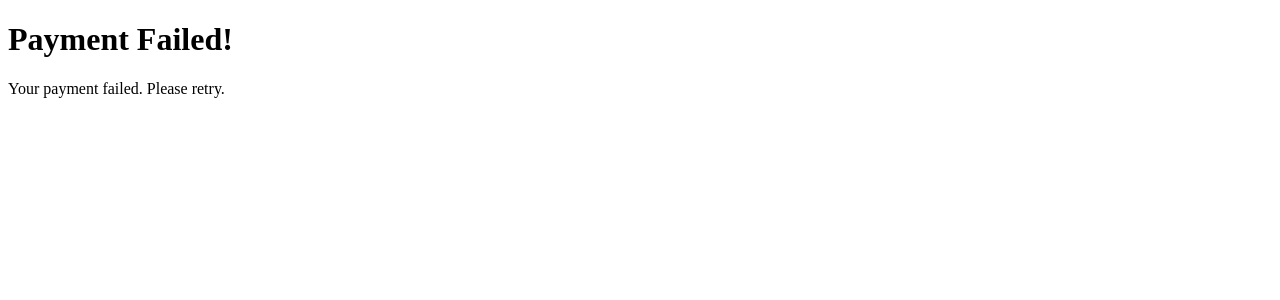
Repository: dinesh2004-dev/Projects
Page: farm-rental-equipment-system/Farm-Rental-System/src/main/resources/static/AlreadyPaid.html
These files come from the project's save history. The page is drawn as it stood at one moment and after the next save; the edit follows.
The browser window is 1280 px wide. The pictures show the whole page.

Above is the page before, as saved 2025-05-15 06:32:52.

After the next save:
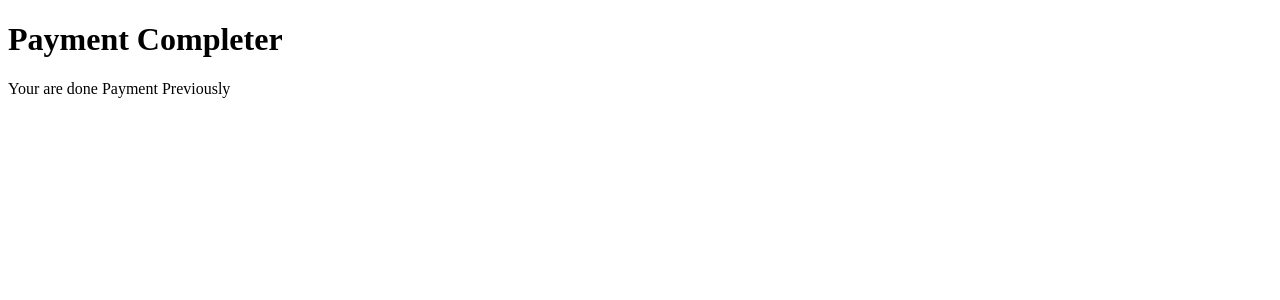
Saved 70 s later.
--- a/farm-rental-equipment-system/Farm-Rental-System/src/main/resources/static/AlreadyPaid.html
+++ b/farm-rental-equipment-system/Farm-Rental-System/src/main/resources/static/AlreadyPaid.html
@@ -2,12 +2,12 @@
 <html>
 
 <head>
-    <title>Payment Failed!</title>
+    <title>Payment completed!</title>
 </head>
 
 <body>
-    <h1>Payment Failed!</h1>
-    <p>Your payment failed. Please retry.</p>
+    <h1>Payment Completer</h1>
+    <p>Your are done Payment Previously</p>
 
 
 </body>
